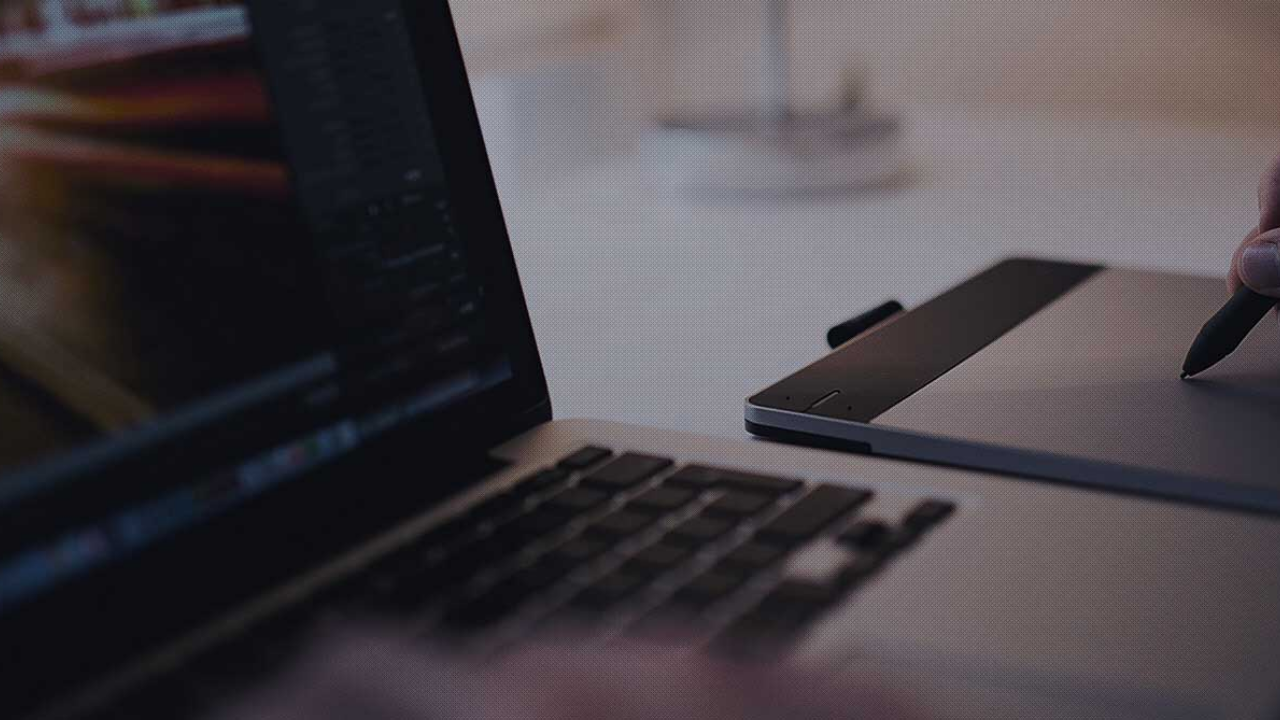
Repository: Burgess-zyl/project
Page: index.html
These files come from the project's save history. The page is drawn as it stood at one moment and after the next save; the edit follows.
The browser window is 1280 px wide. The pictures show the whole page.

Above is the page before, as saved 2018-08-13 16:32:00.

### index.html
<!DOCTYPE html>
<html lang="en">
<head>
    <meta charset="UTF-8">
    <meta name="viewport" content="width=device-width, initial-scale=1.0">
    <meta http-equiv="X-UA-Compatible" content="ie=edge">
    <title>视差滚动</title>
    <style>
        * {
            padding: 0px;
            margin: 0px;
            box-sizing: border-box;
        }
        .b-img {
            height: 100vh;
            background-image: url('./img/banner1.jpg');
            background-size:cover;
            background-position: 50% 50%;
        }
    </style>
</head>
<body>
    <section class="b-img"></section>
</body>
</html>

After the next save:
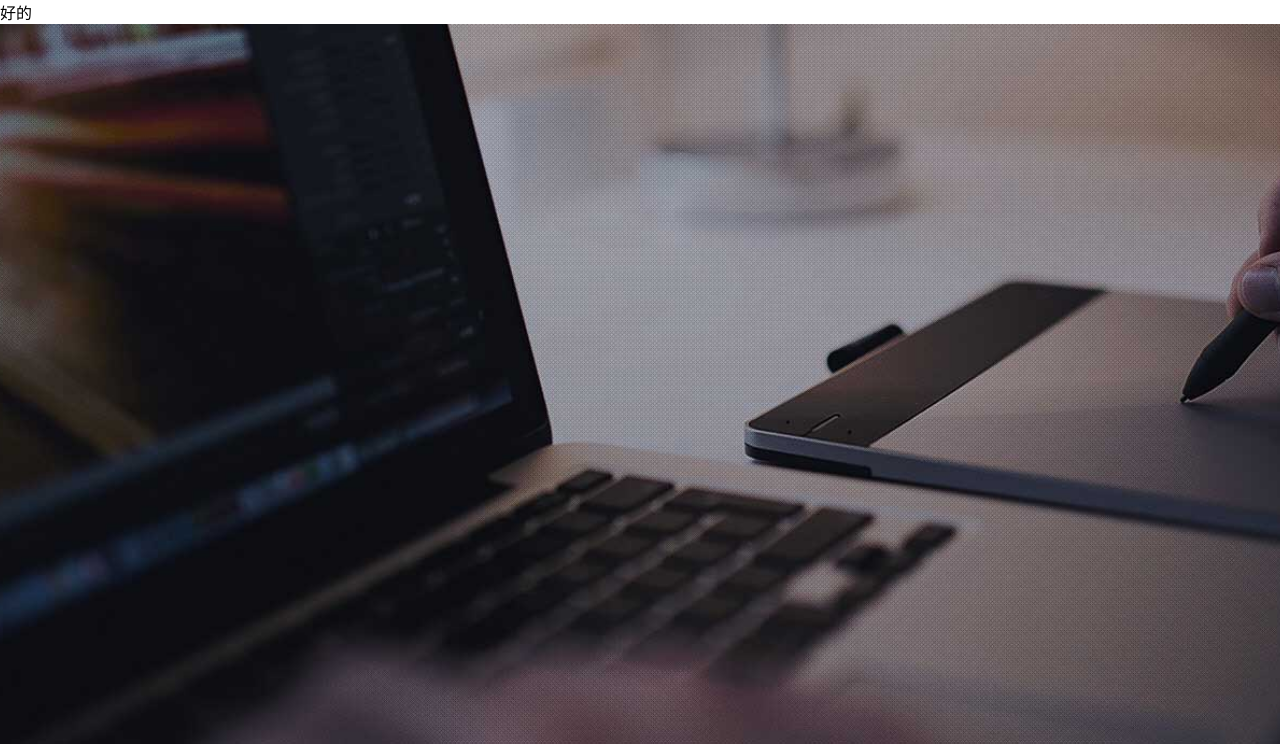
Saved 21 s later.
--- a/index.html
+++ b/index.html
@@ -20,6 +20,7 @@
     </style>
 </head>
 <body>
+    <section>好的</section>
     <section class="b-img"></section>
 </body>
 </html>

After the 5 saves that followed:
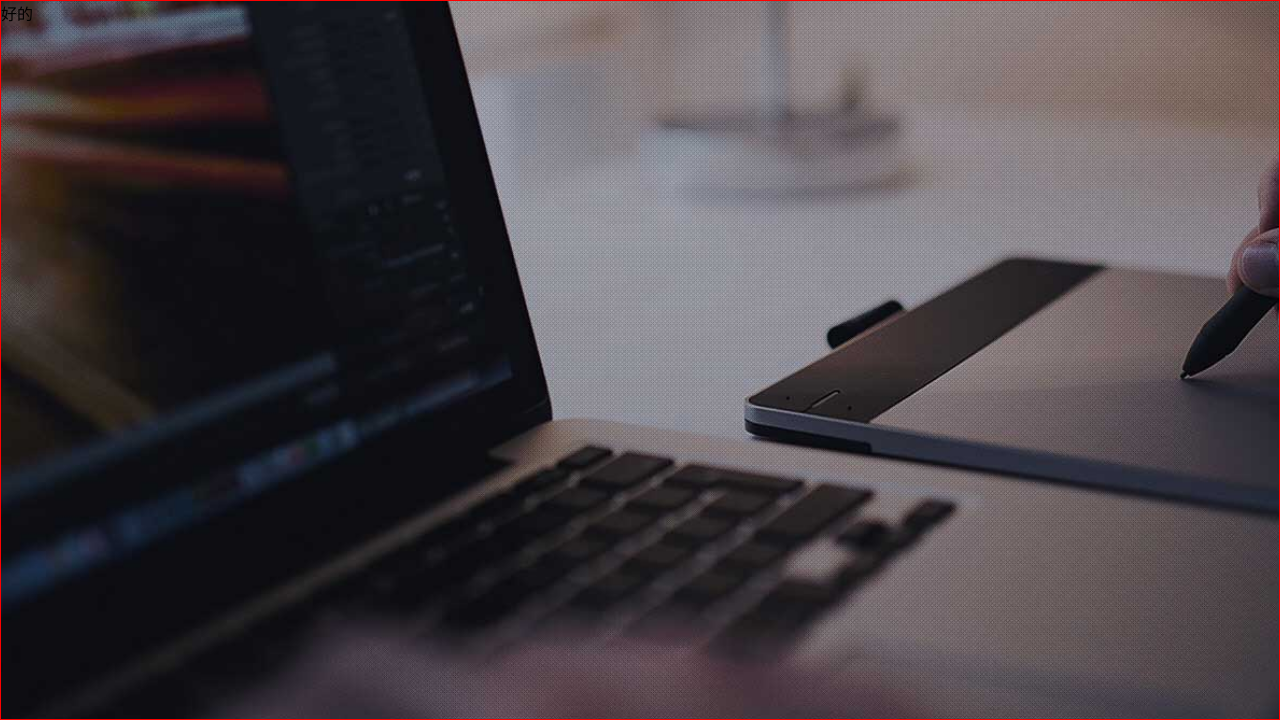
The 5 saves are shown as one change because 4 left the picture as it was.
The last was saved 12 min 28 s later.
--- a/index.html
+++ b/index.html
@@ -11,16 +11,26 @@
             margin: 0px;
             box-sizing: border-box;
         }
+        .t-c {
+            position: absolute;
+            top: 0;
+            right: 0;
+            bottom: 0;
+            left: 0;
+            margin: auto;
+            border: 1px solid red;
+        }
         .b-img {
             height: 100vh;
             background-image: url('./img/banner1.jpg');
             background-size:cover;
             background-position: 50% 50%;
+            background-attachment: fixed;
         }
     </style>
 </head>
 <body>
-    <section>好的</section>
+    <section class="t-c">好的</section>
     <section class="b-img"></section>
 </body>
 </html>
